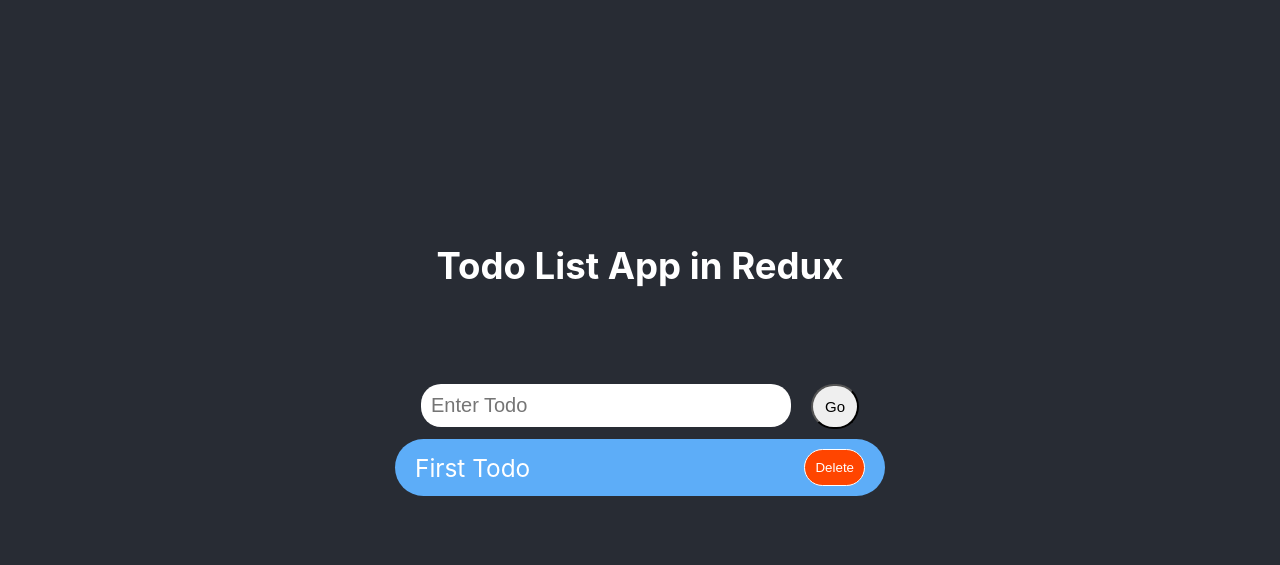
Repository: mahsa199170/React-Redux-Projects
Page: / (app in redux-todo-list/)
The author's editor kept a copy of each file at every save. The page is drawn from the files as they stood at one save, then again after the next save.
The browser window is 1280 px wide. The pictures show the whole page.
The project was rebuilt for these pictures with package versions that can differ from the ones it lists, and the page was loaded fresh each time. Also part of the build but not shown: redux-todo-list/src/components/Count.js.

Above is the page before, as saved 2024-10-24 17:51:14.

### redux-todo-list/src/index.js
import React from 'react';
import ReactDOM from 'react-dom/client';
import './index.css';
import App from './App';
import { store } from './store';
import { Provider } from 'react-redux';

const root = ReactDOM.createRoot(document.getElementById('root'));
root.render(
  <React.StrictMode>
    <Provider store={store}>
      <App />
    </Provider>
  </React.StrictMode>
);

### redux-todo-list/src/App.js
import './App.css';

import React from 'react';
import Count from './components/Count';
import Todo from './components/todo/Todo';

const App = () => {
  return (
    <div className="App">
      <header className="App-header">
        <Todo />
        {/* <Count /> */}
      </header>
    </div>
  );
};

export default App;

### redux-todo-list/src/store.js
import { createStore, combineReducers, applyMiddleware } from 'redux';
import { thunk } from 'redux-thunk';
import { composeWithDevTools } from 'redux-devtools-extension';
// import { TodoReducer } from './reducer/TodoReducer';
import countReducer from './slice/countSlice';
import todoReducer from './slice/todoSlice';

const reducer = combineReducers({
  todo: todoReducer,
  counter: countReducer,
});

const initialState = {};

const middleWare = [thunk];

export const store = createStore(
  reducer,
  initialState,
  composeWithDevTools(applyMiddleware(...middleWare))
);

### redux-todo-list/src/App.css
.App {
  text-align: center;
}

.App-header {
  background-color: #282c34;
  min-height: 100vh;
  display: flex;
  flex-direction: column;
  align-items: center;
  justify-content: center;
  font-size: calc(10px + 2vmin);
  color: white;
}

.allTodos {
  list-style: none;
  margin: 0;
  padding: 0;
}

.singleTodo {
  border-radius: 50px;
  margin: 10px 0;
  background-color: #5dadf8;
  padding: 10px 20px;
  display: flex;
  width: 450px;
  align-items: center;
}

.todoText {
  text-align: start;
  flex: 1;
}

### redux-todo-list/src/components/todo/Todo.js
import React from 'react';
import { useSelector } from 'react-redux';
import { selectTodo } from '../../slice/todoSlice';

const Todo = () => {
  const todo = useSelector(selectTodo);

  return (
    <>
      <h2>Todo List App in Redux</h2>
      <h1 style={{ color: 'white' }}>{todo}</h1>
      <form>
        <input
          type="text"
          placeholder="Enter Todo"
          style={{
            width: 350,
            padding: 10,
            borderRadius: 20,
            border: 'none',
            fontSize: 20,
          }}
        />
        <button
          type="submit"
          style={{
            padding: 12,
            borderRadius: 25,

            fontSize: 15,
            marginLeft: 20,
          }}
        >
          Go
        </button>
      </form>
      <ul className="allTodos">
        <li className="singleTodo">
          <span className="todoText">First Todo</span>
          <button
            style={{
              padding: 10,
              borderRadius: 25,
              border: '1px solid white',
              color: 'white',
              backgroundColor: 'orangered',
            }}
          >
            Delete
          </button>
        </li>
      </ul>
    </>
  );
};

export default Todo;

### redux-todo-list/src/slice/countSlice.js
import { createSlice } from '@reduxjs/toolkit';

const initialState = {
  count: 0,
};

const countSlice = createSlice({
  name: 'counter',
  initialState,
  reducers: {
    ADD_BY_ONE: (state, action) => {
      state.count += action.payload;
    },
    MINUS_ONE: (state, action) => {
      state.count -= 1;
    },
    RESET_NUMBER: (state, action) => {
      state.count = 0;
    },
  },
});

export const selectCount = (state) => state.counter.count;
export const { ADD_BY_ONE, MINUS_ONE, RESET_NUMBER } = countSlice.actions;

export default countSlice.reducer;

### redux-todo-list/src/slice/todoSlice.js
import { createSlice } from '@reduxjs/toolkit';

const initialState = {
  todo: [],
};

const todoSlice = createSlice({
  name: 'todo',
  initialState,
  reducers: {},
});

export const selectTodo = (state) => state.todo.todo;
export default todoSlice.reducer;

Loaded but not shown: redux-todo-list/public/index.html (common file); redux-todo-list/src/index.css (common file)

After the next save:
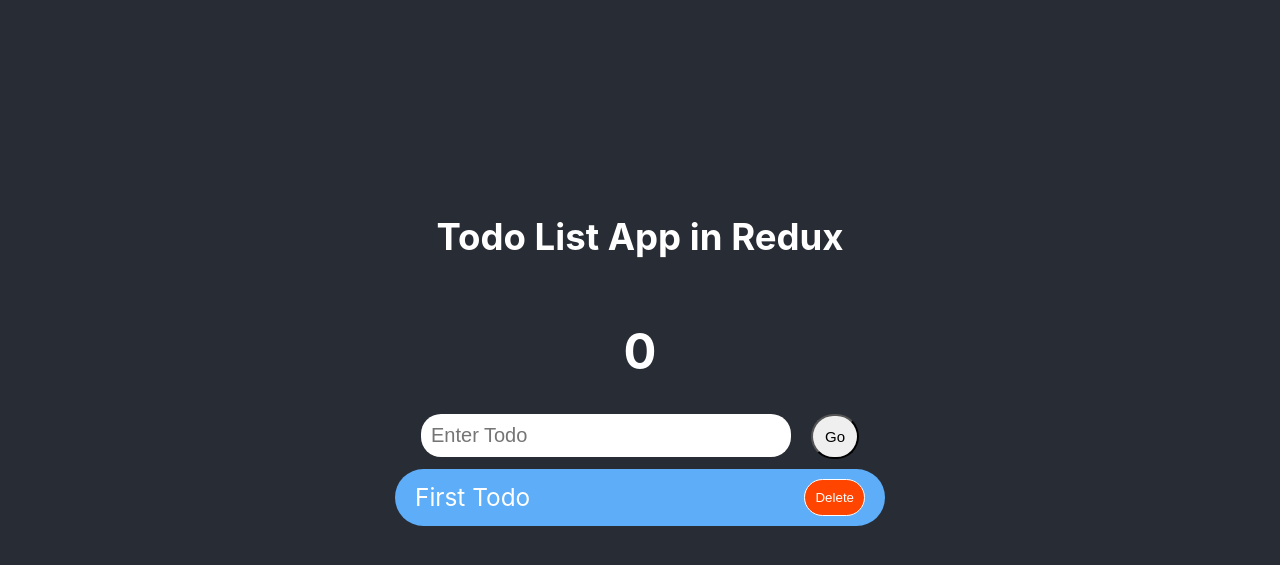
Saved 13 s later.
--- a/redux-todo-list/src/slice/todoSlice.js
+++ b/redux-todo-list/src/slice/todoSlice.js
@@ -1,7 +1,7 @@
 import { createSlice } from '@reduxjs/toolkit';
 
 const initialState = {
-  todo: [],
+  todo: 0,
 };
 
 const todoSlice = createSlice({
